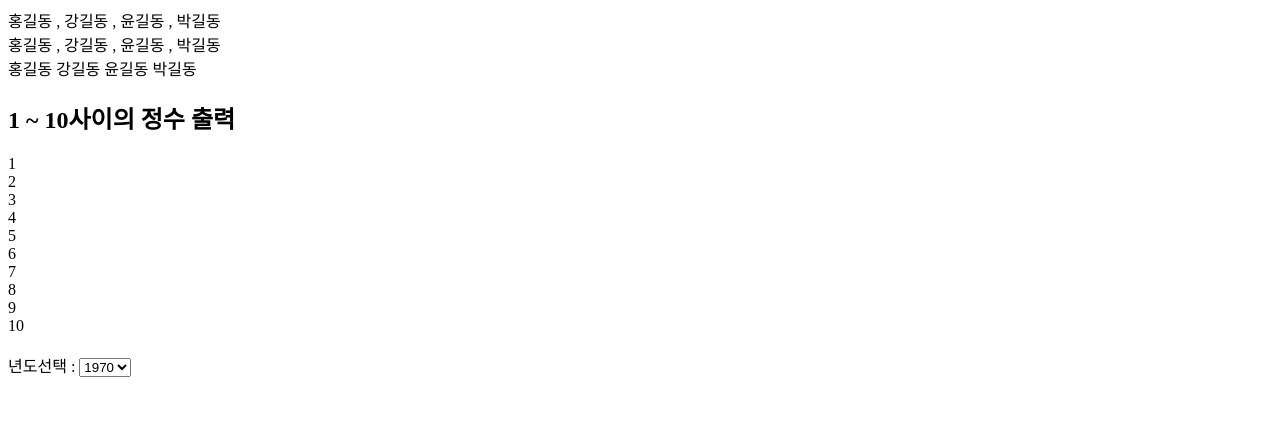
Repository: sunnny10/web-workspace
Page: http://localhost/Lecture-Web/jsp/jstl/core/exam05.jsp
The author's editor kept a copy of each file at every save. The page is drawn from the files as they stood at one save, then again after the next save.
The browser window is 1280 px wide. The pictures show the whole page.
The page is served by Tomcat 9. Other server files are loaded and not shown.

Above is the page before, as saved 2022-06-07 07:45:47.

### Lecture-Web/src/main/webapp/jsp/jstl/core/exam05.jsp
<%@ page language="java" contentType="text/html; charset=UTF-8"
    pageEncoding="UTF-8"%>
<%@ taglib prefix="c" uri="http://java.sun.com/jsp/jstl/core" %>
<%
	String[] names = {"홍길동", "강길동", "윤길동", "박길동"};

	pageContext.setAttribute("names", names);
	pageContext.setAttribute("length", names.length-1);
%>
<!DOCTYPE html>
<html>
<head>
<meta charset="UTF-8">
<title>Insert title here</title>
</head>
<body>
	<c:set var="cnt" value="1" />
	<c:forEach items="${ names }" var="name">
		<c:if test="${ cnt ne 1 }">
			,
		</c:if>
		${ name }
		<c:set var="cnt" value = "${ cnt+1 }" />
	</c:forEach>
	<c:remove var="cnt" scope="page"/>
	<br>
	<c:forEach begin="0" end="${ length }" var="i">
		<%-- <c:if test="${i ne 0}">
			,
		</c:if> --%>
		${ names[i] }
		<c:if test="${ i ne length }">
			,
		</c:if>
	</c:forEach>
	<br>
	<!-- 각 데이터에 var라는 변수로 접근가능 -->
	<c:forEach items="${ names }" var="name">
		${ name }
	</c:forEach>


	<h2>1 ~ 10사이의 정수 출력</h2>
	<!-- var는 공유영경역에 있다  -->
	<c:forEach begin="1" end="10" var="i">
		${ i }<br>
	</c:forEach>
	<br>
	년도선택 :
	<select>
		<!-- 큰 수에서 작은 수는 안됨 -->
		<c:forEach begin="1970" end="2022" step="10" var="year">
			<option>${ year }</option>
		</c:forEach>
	</select>
	<%-- <%
		for(int i = 1; i<=10; i++){
	%>
		<%=i %>
	<%
		}
	%> --%>
</body>
</html>

After the next save:
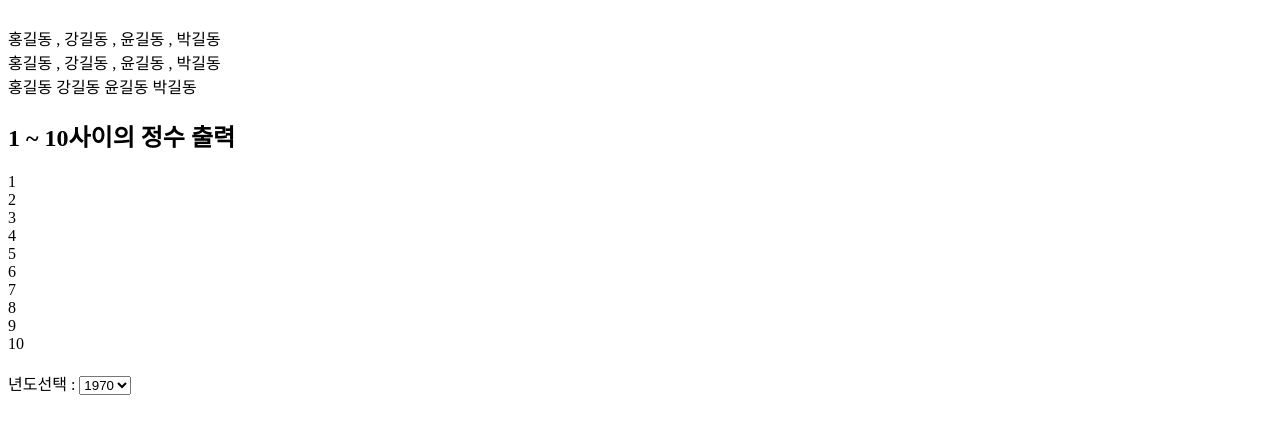
Saved 60 s later.
--- a/Lecture-Web/src/main/webapp/jsp/jstl/core/exam05.jsp
+++ b/Lecture-Web/src/main/webapp/jsp/jstl/core/exam05.jsp
@@ -14,6 +14,10 @@
 <title>Insert title here</title>
 </head>
 <body>
+	<c:forEach items="${ names }" var="name">
+	<!-- 반복과 관련된 애 -->
+	</c:forEach>
+	<br>
 	<c:set var="cnt" value="1" />
 	<c:forEach items="${ names }" var="name">
 		<c:if test="${ cnt ne 1 }">
